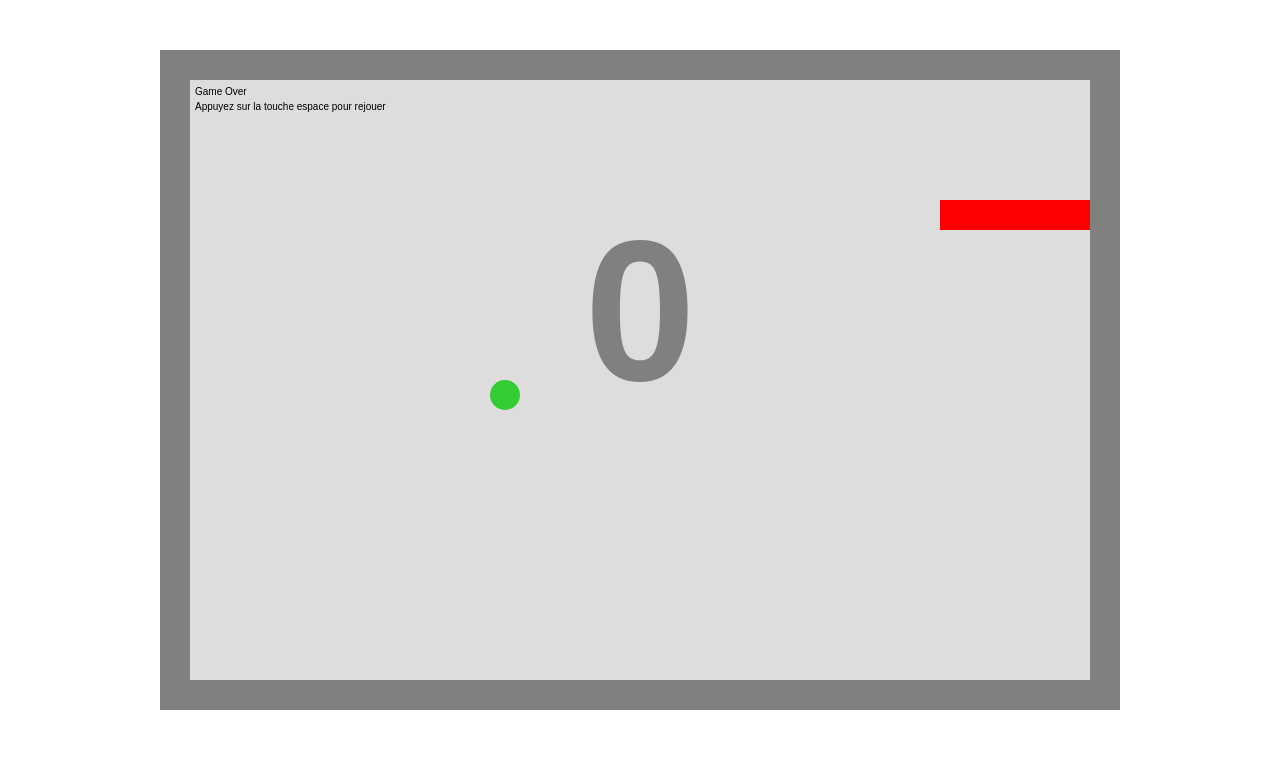
Repository: Loetitia27006/snake
Page: index.html
An editor plug-in stored every save of this project. The page is shown before and after the next save, followed by the edit.
The browser window is 1280 px wide. The pictures show the whole page.

Above is the page before, as saved 2023-03-24 16:29:29.

### index.html
<!DOCTYPE html>
<html lang="en">
<head>
    <meta charset="UTF-8">
    <meta http-equiv="X-UA-Compatible" content="IE=edge">
    <meta name="viewport" content="width=device-width, initial-scale=1.0">
    <title>Snake Game</title>
</head>
<body>

</body>
<script src="script.js"></script>
</html>

### script.js
window.onload = function () {
  var canvasWidth = 900;
  var canvasHeight = 600;
  var blockSize = 30;
  var ctx;
  var delay = 100;
  var snakee;
  var applee;
  var widthInBlocks = canvasWidth/blockSize;
  var heightInBlocks = canvasHeight/blockSize;
  var score;

  init();

  function init() {
    var canvas = document.createElement("canvas");
    canvas.width = canvasWidth;
    canvas.height = canvasHeight;
    canvas.style.border = "30px solid gray";
    canvas.style.margin = "50px auto";
    canvas.style.display = "block";
    canvas.style.backgroundColor = "#ddd";
    document.body.appendChild(canvas);
    ctx = canvas.getContext("2d");
    snakee = new Snake([[6, 4],[5, 4],[4, 4],[3, 4], [2, 4]], "right");
    applee = new Apple([10, 10]);
    score = 0;
    refreshCanvas();
  }

  function refreshCanvas() {
    snakee.advance();
    if(snakee.checkCollision()){
        gameOver();
    }else{
      if(snakee.isEatingApple(applee)){
        score++;
        snakee.ateApple = true;
        do{
          applee.setNewPosition();
        }while(applee.isOnSnake(snakee))
      }
      ctx.clearRect(0, 0, canvasWidth, canvasHeight);
      snakee.draw();
      applee.draw();
      drawScore();
      setTimeout(refreshCanvas, delay);
    }

  }
  function gameOver(){
    ctx.save();
    ctx.fillText("Game Over", 5, 15);
    ctx.fillText("Appuyez sur la touche espace pour rejouer",5 ,30)
    ctx.restore();
  }

  function restart(){
    snakee = new Snake(
      [
        [6, 4],
        [5, 4],
        [4, 4],
        [3, 4] ,
        [2, 4],
      ],
      "right"
    );
    applee = new Apple([10, 10]);
    score = 0;
    refreshCanvas();
  }

  function drawScore(){
    ctx.save();
    ctx.font = "bold 200px sans-serif";
    ctx.fillStyle = "gray";
    ctx.textAlign = "center";
    var centreX = canvasWidth/2;
    var centreY = canvasHeight/2;

    ctx.fillText(score.toString(), centreX, centreY);
    ctx.restore();
  }

  function drawBlock(ctx, position){
    var x = position[0] * blockSize;
    var y = position[1] * blockSize;
    ctx.fillRect(x, y, blockSize, blockSize)
  }

  function Snake(body, direction) {
    this.body = body;
    this.direction = direction
    this.ateApple = false;
    this.draw = function () {
      ctx.save();
      ctx.fillStyle = "#ff0000";
      for (var i = 0; i < this.body.length; i++) {
        drawBlock(ctx, this.body[i]);
      }
      ctx.restore();
    };
    this.advance = function () {
        var nextPosition = this.body[0].slice();
        switch (this.direction) {
          case "left":
            nextPosition[0] -= 1;
            break;
          case "right":
            nextPosition[0] += 1;
            break;
          case "down":
            nextPosition[1] += 1;
            break;
          case "up":
            nextPosition[1] -= 1;
            break;
          default:
            throw("Invalid direction" + this.direction);
        }
        this.body.unshift(nextPosition);
        if(!this.ateApple)
          this.body.pop();
        else
          this.ateApple = false;
    };
    this.setDirection= function(newDirection) {
      var allowedDirection;
      switch (this.direction) {
        case "left":
        case "right":
          allowedDirection = ["up", "down"];
          break;
        case "down":
        case "up":
          allowedDirection = ["left", "right"];
          break;
        default:
          throw("invalid direction: " + this.direction);
      }
      if(allowedDirection.indexOf(newDirection)>-1){
        this.direction = newDirection;
      }
    }
    this.checkCollision = function(){
      var wallCollision = false;
      var snakeCollision = false;
      var head = this.body[0];
      var rest = this.body.slice(1);
      var snakeX = head[0];
      var snakeY = head[1];
      var minX = 0;
      var minY = 0;
      var maxX = widthInBlocks - 1;
      var maxY = heightInBlocks - 1;
      var isNotBetweenHorizontalWalls = snakeX < minX || snakeX > maxX;
      var isNotBetweenVerticalWalls = snakeY < minY || snakeY > maxY;

      if(isNotBetweenHorizontalWalls || isNotBetweenVerticalWalls) {
        wallCollision = true;
      }
      for(var i = 0; i < rest.length; i++) {
        if(snakeX === rest[i][0] && snakeY === rest[i][1]) {
          snakeCollision = true;
      }
    }
    return wallCollision || snakeCollision;
  };
  this.isEatingApple = function (appleToEat) {
    var head = this.body[0];
    if (
      head[0] === appleToEat.position[0] &&
      head[1] === appleToEat.position[1]
    ) {
      return true;
    } else {
      return false;
    }
  };
}
  function Apple(position){
    this.position = position;
    this.draw = function(){
      ctx.save();
      ctx.fillStyle = "#33cc33";
      var radius = blockSize/2;
      var x = this.position[0]*blockSize + radius;
      var y = this.position[1]*blockSize + radius;
      ctx.beginPath();
      ctx.arc(x, y, radius, 0, Math.PI*2, true);
      ctx.fill();
      ctx.restore();
    }
    this.setNewPosition = function(){
      var newX = Math.round(Math.random()*(widthInBlocks - 1));
      var newY = Math.round(Math.random()*(heightInBlocks - 1));
      this.position = [newX, newY];
    }
    this.isOnSnake = function(snakeToCheck){
      var isOnSnake = false;
      for(var i=0; i< snakeToCheck.body.length; i++){
        if (this.position[0]=== snakeToCheck.body[i][0] && this.position[1]=== snakeToCheck.body[i][1]){
          isOnSnake = true;
        }
      }
      return isOnSnake;
    }
  }

  document.onkeydown = function handleKeyDown(e) {
    var key = e.keyCode;
    var newDirection;
    switch (key) {
      case 37:
        newDirection = "left";
        break;
      case 38:
        newDirection = "up";
        break;
      case 39:
        newDirection = "right";
        break;
      case 40:
        newDirection = "down";
        break;
      case 32:
        restart();
        return;
      default:
        return;
    }
    snakee.setDirection(newDirection);
  };
};

After the next save:
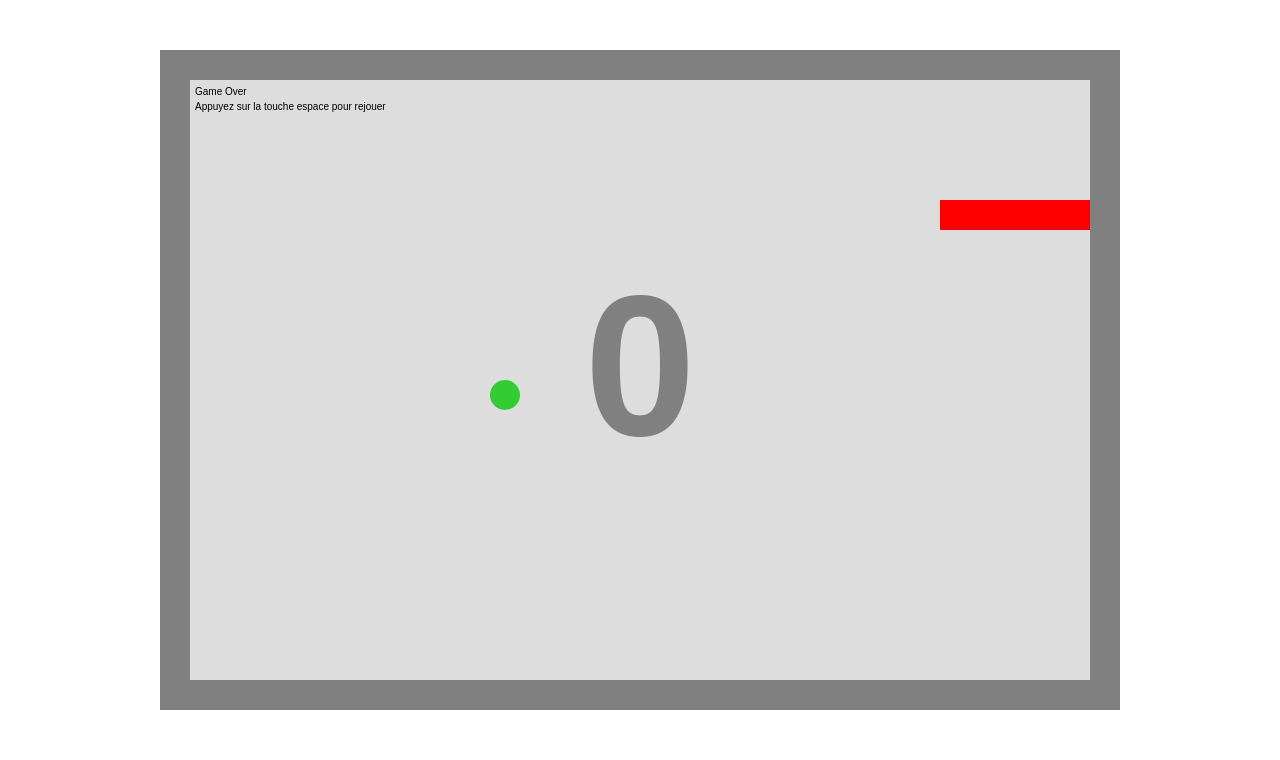
Saved 46 s later.
--- a/script.js
+++ b/script.js
@@ -76,9 +76,9 @@ window.onload = function () {
     ctx.font = "bold 200px sans-serif";
     ctx.fillStyle = "gray";
     ctx.textAlign = "center";
+    ctx.textBaseline = "middle";
     var centreX = canvasWidth/2;
     var centreY = canvasHeight/2;
-
     ctx.fillText(score.toString(), centreX, centreY);
     ctx.restore();
   }
